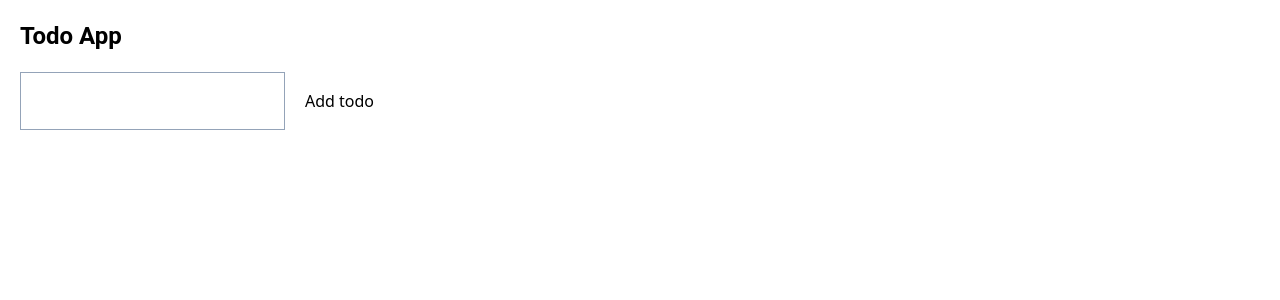
Repository: vophuocthanh/react-typescript
Page: /
An editor plug-in stored every save of this project. The page is shown before and after the next save, followed by the edit.
The browser window is 1280 px wide. The pictures show the whole page.
The project was rebuilt for these pictures with package versions that can differ from the ones it lists, and the page was loaded fresh each time. Also part of the build but not shown: vite.config.ts.

Above is the page before, as saved 2023-04-04 23:26:04.

### src/App.tsx
import React from "react";
const Heading = ({ title }: { title: string }) => {
  return <h2 className="font-primary font-bold text-2xl mb-5">{title}</h2>;
};
const App = () => {
  return (
    <div>
      <Heading title="Todo App"></Heading>
      <div className="max-w-sm">
        <div className="flex items-center gap-x-5">
          <input type="text" className="p-4 border border-slate-400" />
          <button>Add todo</button>
        </div>
      </div>
    </div>
  );
};

export default App;

### src/index.css
@tailwind base;
@tailwind components;
@tailwind utilities;
@layer base {
  body {
    @apply p-5;
  }
}

### tailwind.config.js
/** @type {import('tailwindcss').Config} */
export default {
  content: ["./index.html", "./src/**/*.{js,ts,jsx,tsx}"],
  theme: {
    extend: {
      fontFamily: {
        primary: ["Roboto"],
      },
    },
  },
  plugins: [],
};

Loaded but not shown: index.html (common file); src/main.tsx (common file)

After the next save:
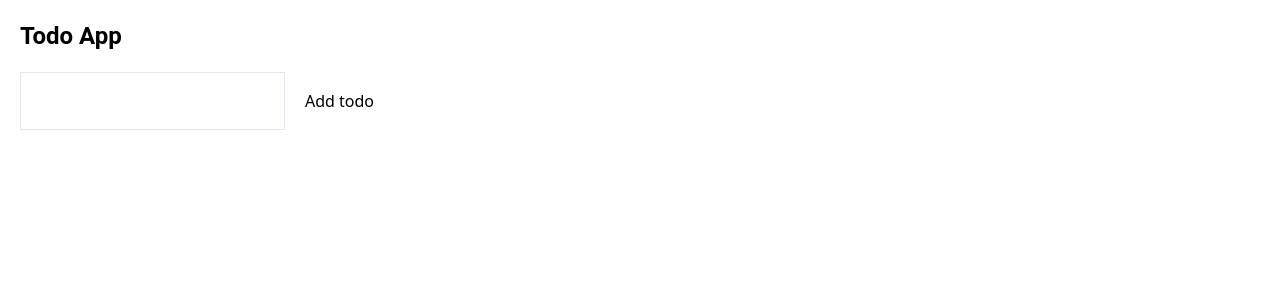
Saved 6 s later.
--- a/src/App.tsx
+++ b/src/App.tsx
@@ -8,7 +8,7 @@ const App = () => {
       <Heading title="Todo App"></Heading>
       <div className="max-w-sm">
         <div className="flex items-center gap-x-5">
-          <input type="text" className="p-4 border border-slate-400" />
+          <input type="text" className="p-4 border border-slate-200" />
           <button>Add todo</button>
         </div>
       </div>
